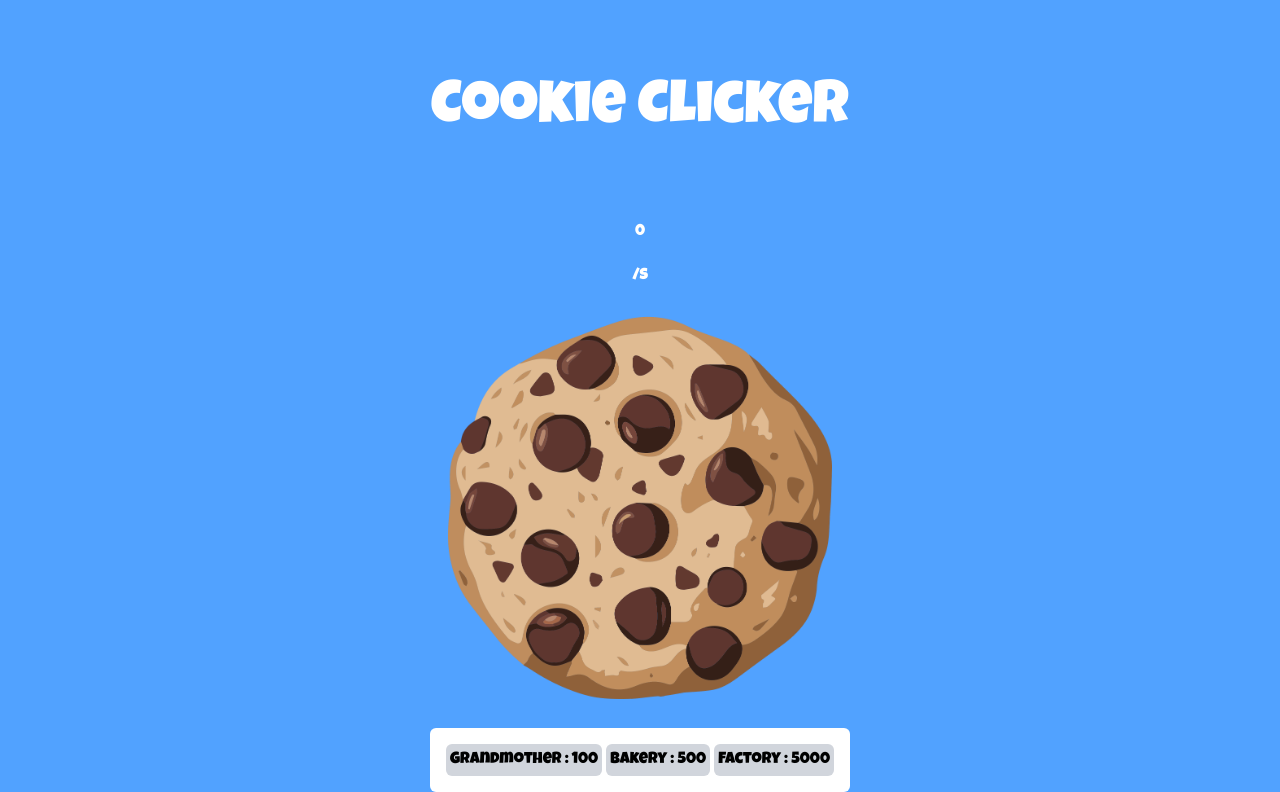
Repository: Cozmoss/cookie_clicker
Page: /
An editor plug-in stored every save of this project. The page is shown before and after the next save, followed by the edit.
The browser window is 1280 px wide. The pictures show the whole page.
The project was rebuilt for these pictures with package versions that can differ from the ones it lists, and the page was loaded fresh each time. Also part of the build but not shown: vite.config.js, src/App.css.

Above is the page before, as saved 2026-04-24 15:14:34.

After the next save:
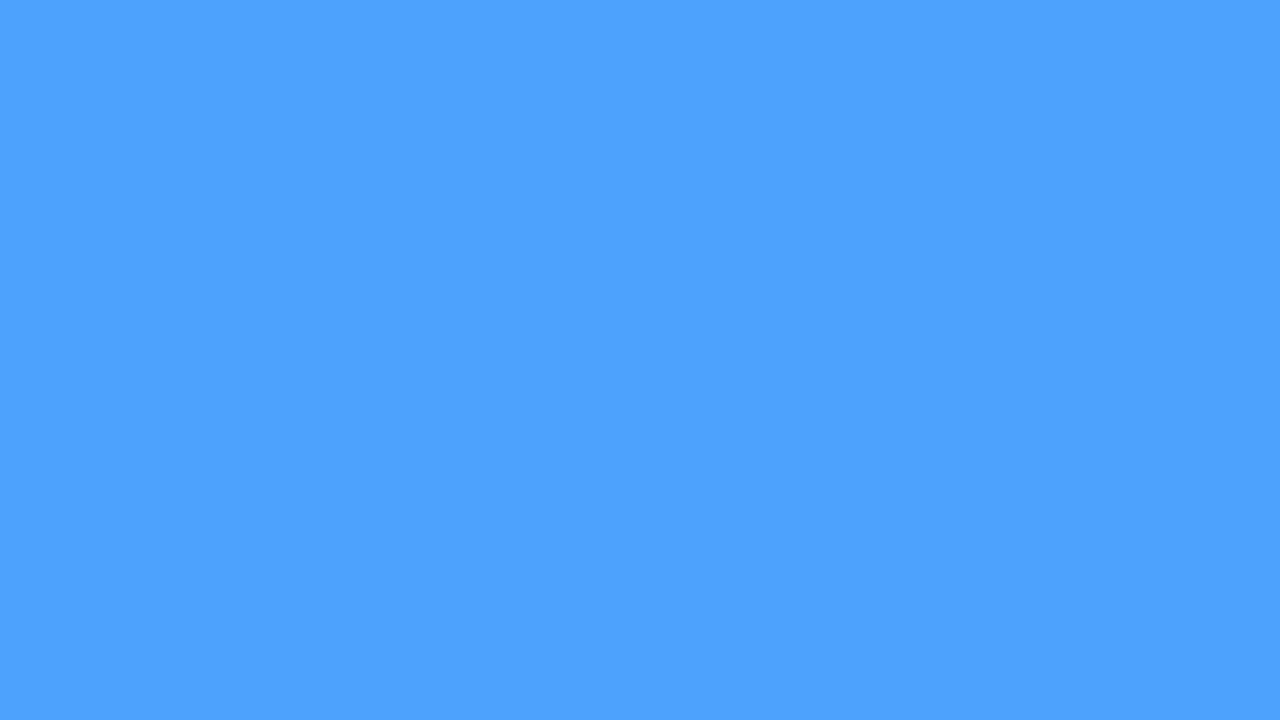
Console error (its wording comes from the project's code and is left out).
Saved 10 s later.
--- a/src/components/Shop.jsx
+++ b/src/components/Shop.jsx
@@ -4,7 +4,7 @@
     const { state, dispatch } = useGame();
 	return (
 		<div className="bg-white p-4 rounded-md">
-
+            {state.upgrades}
 			<button className="bg-gray-300 rounded-md cursor-pointer p-1 align-middle mr-1">Grandmother : 100</button>
 			<button className="bg-gray-300 rounded-md cursor-pointer p-1 align-middle mr-1">Bakery : 500</button>
 			<button className="bg-gray-300 rounded-md cursor-pointer p-1 align-middle">Factory : 5000</button>

After the save that followed:
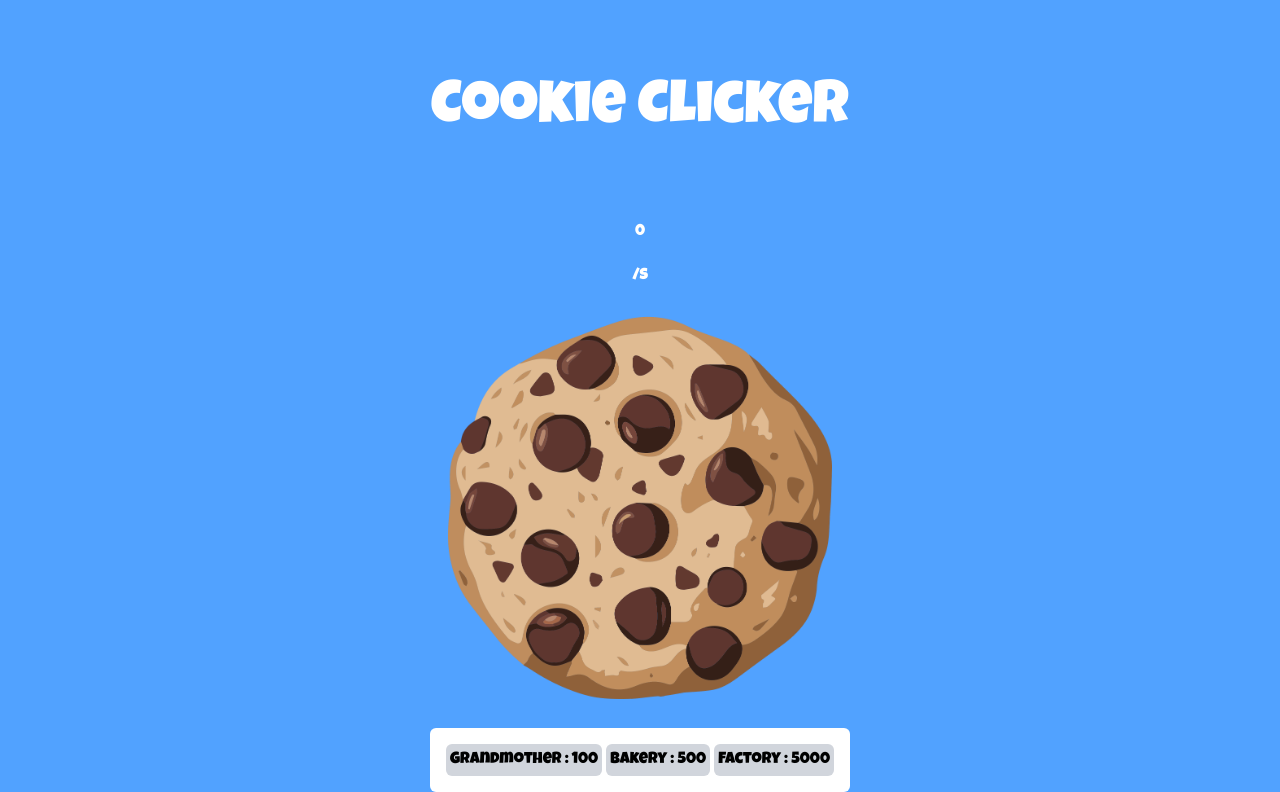
The error is gone.
Saved 14 s later.
--- a/src/components/Shop.jsx
+++ b/src/components/Shop.jsx
@@ -4,7 +4,7 @@
     const { state, dispatch } = useGame();
 	return (
 		<div className="bg-white p-4 rounded-md">
-            {state.upgrades}
+            {state.upgrades.map}
 			<button className="bg-gray-300 rounded-md cursor-pointer p-1 align-middle mr-1">Grandmother : 100</button>
 			<button className="bg-gray-300 rounded-md cursor-pointer p-1 align-middle mr-1">Bakery : 500</button>
 			<button className="bg-gray-300 rounded-md cursor-pointer p-1 align-middle">Factory : 5000</button>
